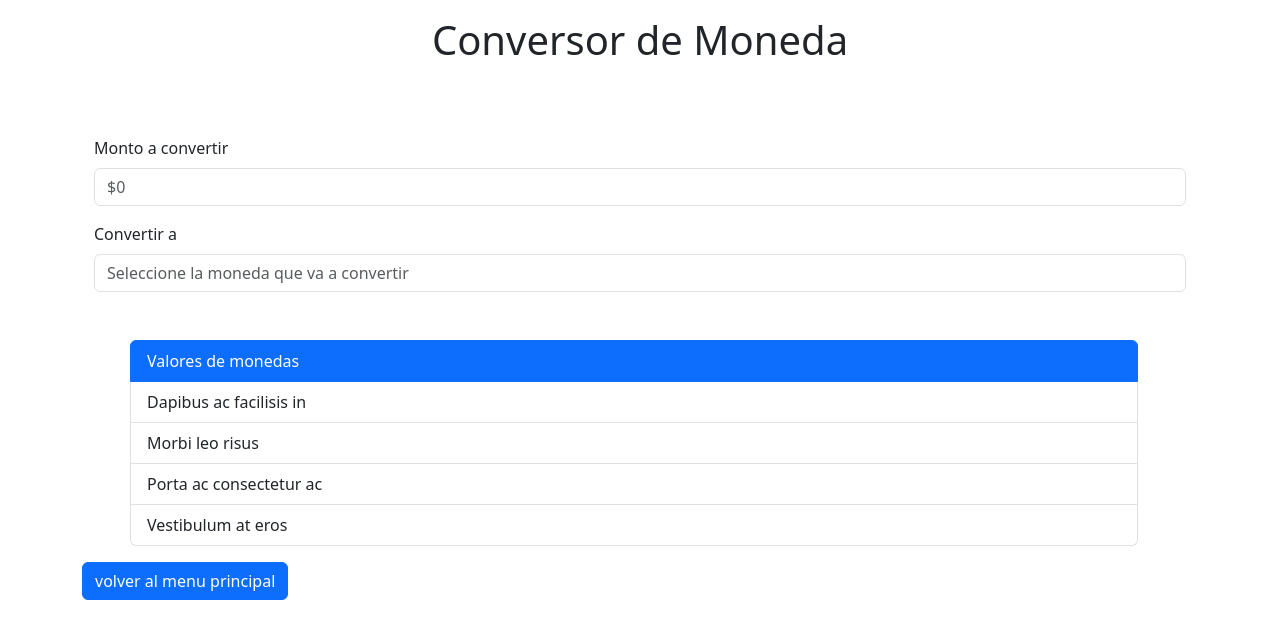
Repository: MaxiSoriano70/ALURA_Challenge_Oracle_ONE_Conversor
Page: http://localhost/conversores/WEB-INF/view/conversorDeMonedas.jsp
An editor plug-in stored every save of this project. The page is shown before and after the next save, followed by the edit.
The browser window is 1280 px wide. The pictures show the whole page.
The page is served by Tomcat 10. Nobody is signed in. Other server files are loaded and not shown. The template is opened directly, without the code that normally fills it, so the values that code supplies are empty.

Above is the page before, as saved 2023-05-13 06:52:02.

### Conversor/conversores/src/main/webapp/WEB-INF/view/conversorDeMonedas.jsp
<%@ page language="java" contentType="text/html; charset=ISO-8859-1"
	pageEncoding="ISO-8859-1"%>
<!DOCTYPE html>
<html>
<head>
<meta charset="ISO-8859-1">
<title>Conversor</title>
<link
	href="https://cdn.jsdelivr.net/npm/bootstrap@5.3.0-alpha3/dist/css/bootstrap.min.css"
	rel="stylesheet"
	integrity="sha384-KK94CHFLLe+nY2dmCWGMq91rCGa5gtU4mk92HdvYe+M/SXH301p5ILy+dN9+nJOZ"
	crossorigin="anonymous">
</head>
<body class="container">
	<div class="title text-center py-3">
		<h1>Conversor de Moneda</h1>
	</div>
	<div class="container-md my-5">
		<div class="mb-3">
			<label for="formMonto" class="form-label">Monto a convertir </label> <input type="number" class="form-control"
				id="formMonto" placeholder="$0">
		</div>
		<div class="mb-3">
			<label for="formMoneda" class="form-label">Convertir a</label> <input class="form-control" list="datalistOptions"
				id="formMoneda" placeholder="Seleccione la moneda que va a convertir">
			<datalist id="datalistOptions">
				<option value="San Francisco">
				<option value="New York">
				<option value="Seattle">
				<option value="Los Angeles">
				<option value="Chicago">
			</datalist>
		</div>
	</div>

	<div class="row mx-5">
		<ul class="list-group">
			<li class="list-group-item active">Valores de monedas</li>
			<li class="list-group-item">Dapibus ac facilisis in</li>
			<li class="list-group-item">Morbi leo risus</li>
			<li class="list-group-item">Porta ac consectetur ac</li>
			<li class="list-group-item">Vestibulum at eros</li>
		</ul>
	</div>
	<a href="entrada?accion=Index" class="btn btn-primary my-3">volver al menu principal</a>
	<script
		src="https://cdn.jsdelivr.net/npm/bootstrap@5.3.0-alpha3/dist/js/bootstrap.bundle.min.js"
		integrity="sha384-ENjdO4Dr2bkBIFxQpeoTz1HIcje39Wm4jDKdf19U8gI4ddQ3GYNS7NTKfAdVQSZe"
		crossorigin="anonymous"></script>
</body>
</html>

After the next save:
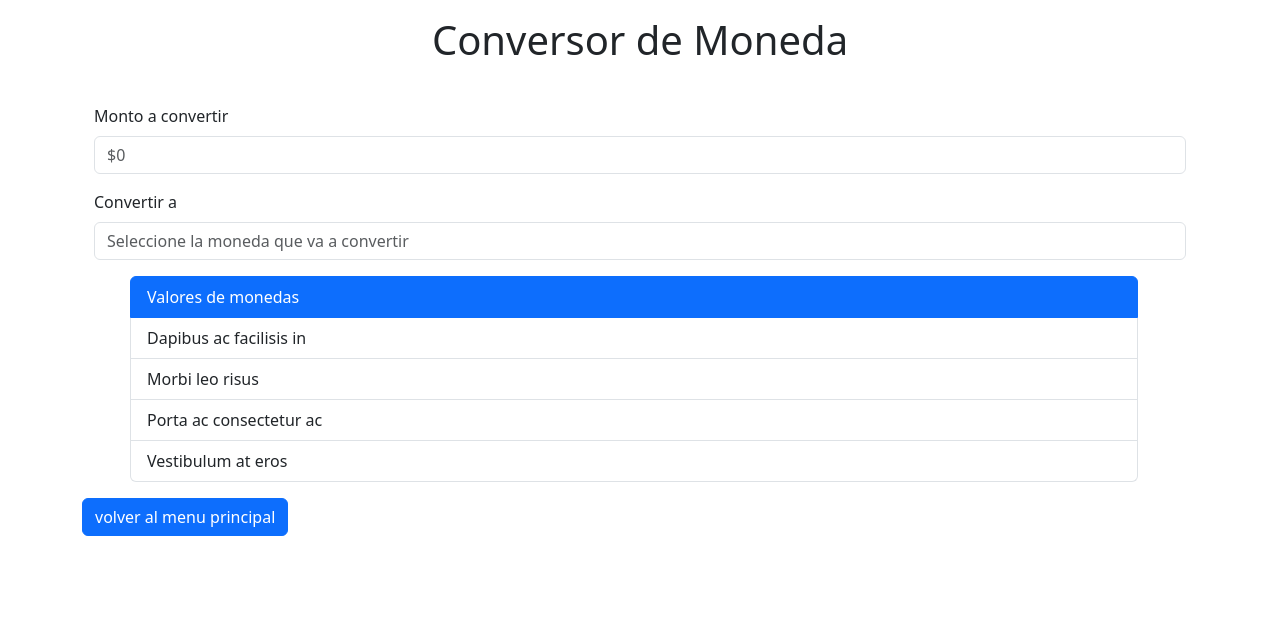
Saved 36 s later.
--- a/Conversor/conversores/src/main/webapp/WEB-INF/view/conversorDeMonedas.jsp
+++ b/Conversor/conversores/src/main/webapp/WEB-INF/view/conversorDeMonedas.jsp
@@ -15,7 +15,7 @@
 	<div class="title text-center py-3">
 		<h1>Conversor de Moneda</h1>
 	</div>
-	<div class="container-md my-5">
+	<div class="container-md my-3">
 		<div class="mb-3">
 			<label for="formMonto" class="form-label">Monto a convertir </label> <input type="number" class="form-control"
 				id="formMonto" placeholder="$0">
